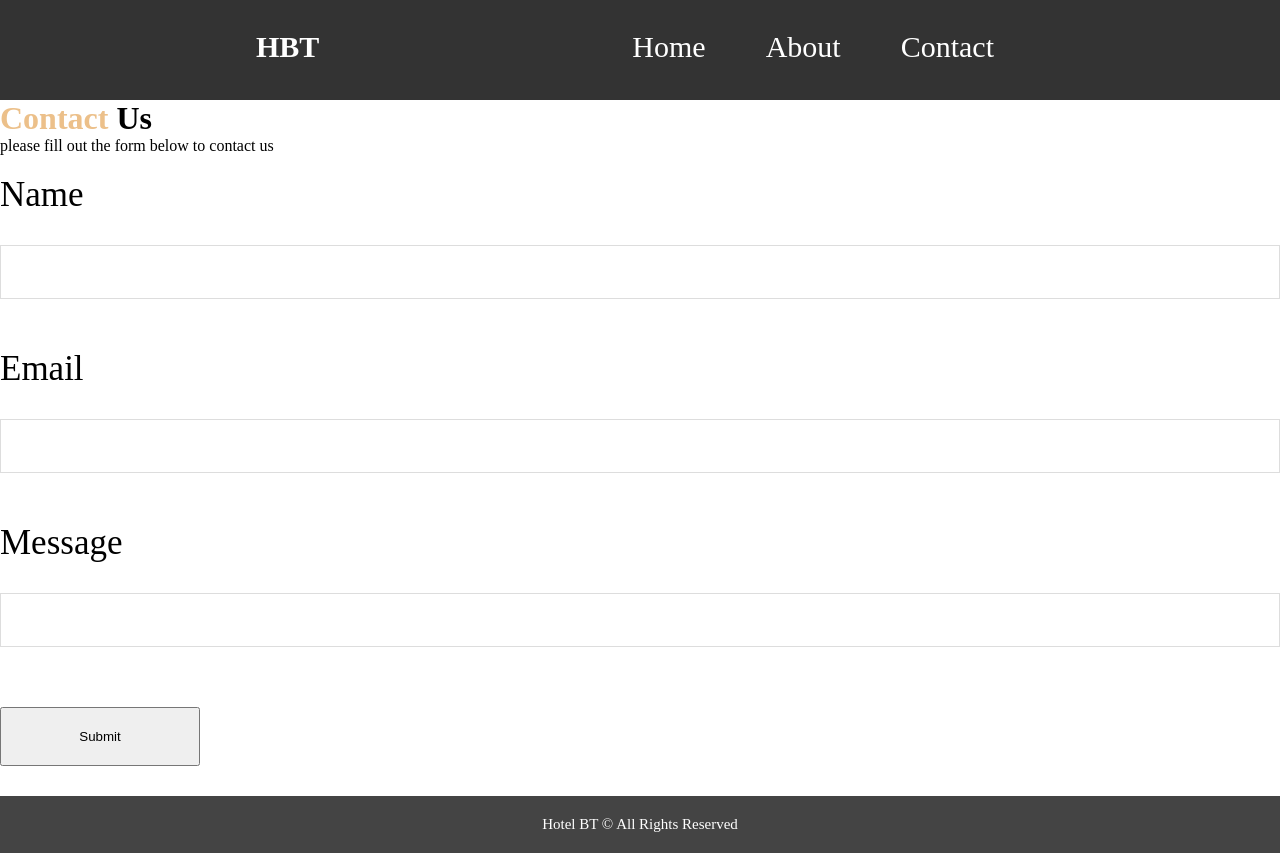
Repository: reemoon-ctrl/hotel-website
Page: 35 - hotel-website/contact.html
The author's editor kept a copy of each file at every save. The page is drawn from the files as they stood at one save, then again after the next save.
The browser window is 1280 px wide. The pictures show the whole page.

Above is the page before, as saved 2024-07-22 09:43:11.

After the next save:
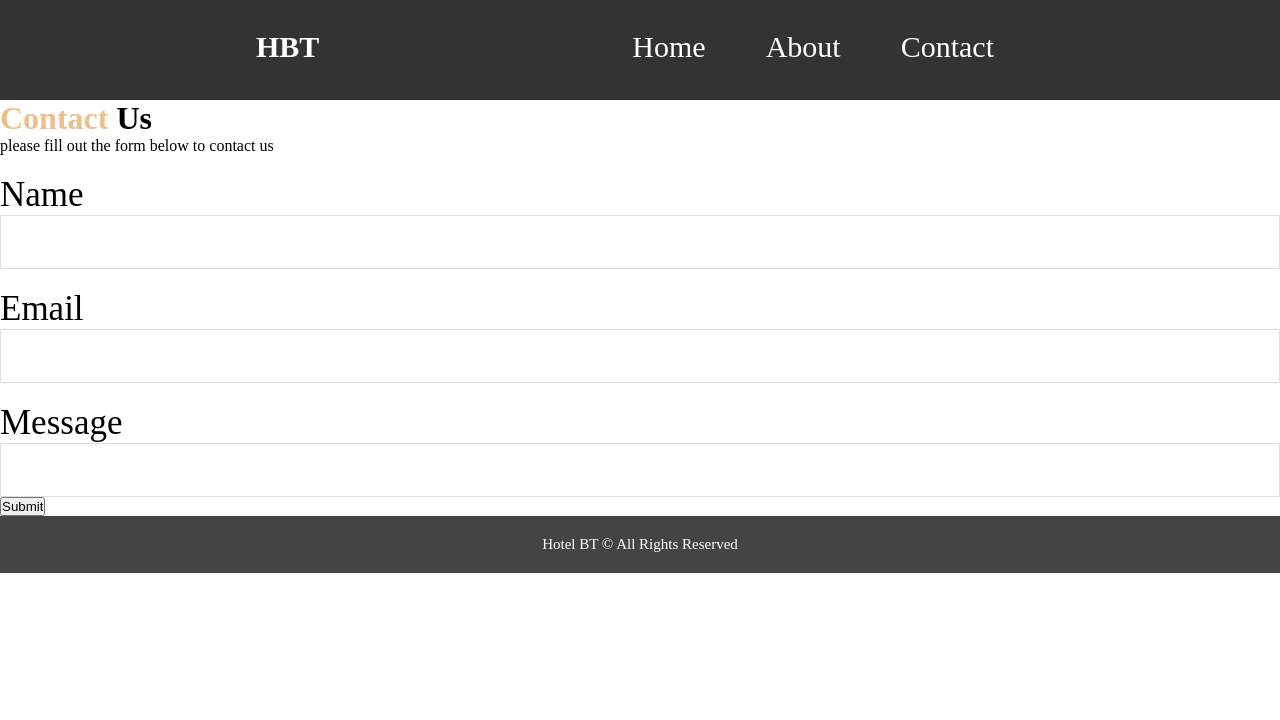
Saved 10 s later.
--- a/35 - hotel-website/index.css
+++ b/35 - hotel-website/index.css
@@ -288,7 +288,7 @@ color: #333333;
     font-size: 35px;
     margin-top: 20px ;
 }
-form input{
+form input:{
  padding: 20px;
  text-align: center;
  width:200px;
